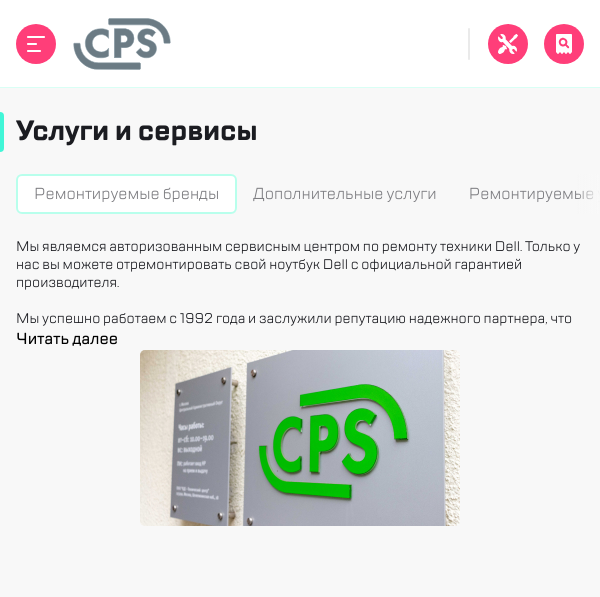
Repository: Dedoxa/Kata-WebCore-
Page: index.html
An editor plug-in stored every save of this project. The page is shown before and after the next save, followed by the edit.
The browser window is 600 px wide. The pictures show the whole page.

Above is the page before, as saved 2024-05-06 13:52:00.

After the next save:
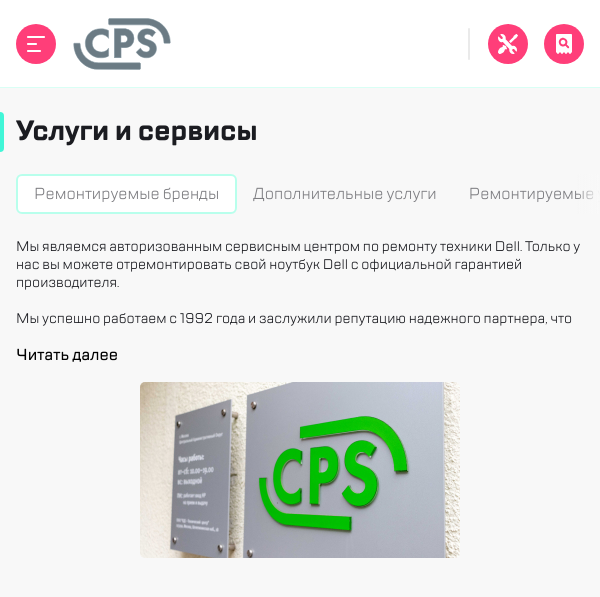
Saved 30 s later.
--- a/index.css
+++ b/index.css
@@ -195,11 +195,8 @@
 }
 
 .description__toggler-text {
+  font-family: "TT Lakes Medium";
   display: flex;
-}
-
-.description__toggler-text {
-  font-family: "TT Lakes Medium";
 }
 
 /* CSS ТЕЛЕФОНЫ */
@@ -242,7 +239,7 @@
     padding-right: 16px;
   }
 
-  .description__toggler {
+  .description__toggler-text {
     margin-top: 16px;
     margin-bottom: 16px;
   }
